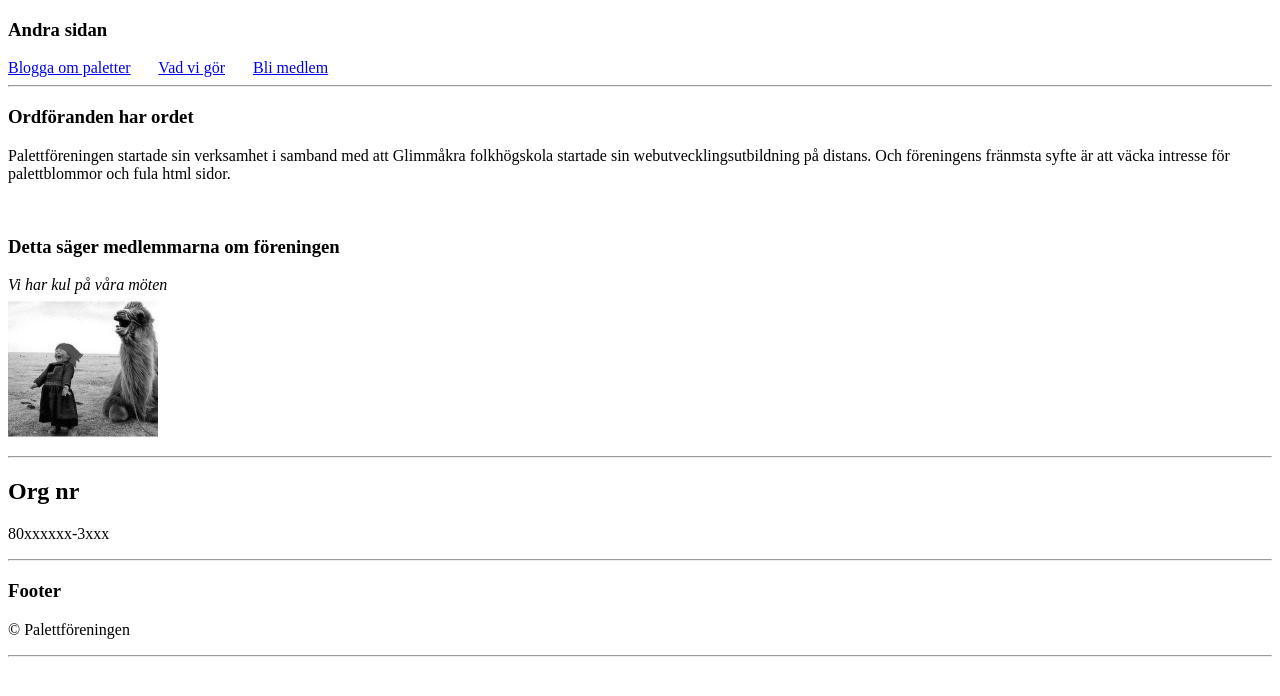
Repository: Webutveckling-20-21/Uppgift-1
Page: verksamheten.html
The author's editor kept a copy of each file at every save. The page is drawn from the files as they stood at one save, then again after a run of saves.
The browser window is 1280 px wide. The pictures show the whole page.

Above is the page before, as saved 2021-09-07 12:11:51.

### verksamheten.html
<!-- Här alla måsten i huvudet såsom språk och språkkodning mm -->
<!DOCTYPE html>
<html lang="sv">


<head>
    <meta charset="UTF-8">
    <meta name="viewport" content="width=device-width, initial-scale=1.0">
    <title>verksamheten</title>
</head>

<body>
    <header>
        <h3>Andra sidan</h3>
        <!-- Här läggs alla länkar-->
        <a href="blogg.html">Blogga om paletter</a>&nbsp;&nbsp;&nbsp;&nbsp;&nbsp;&nbsp;
        <a href="verksamheten.html">Vad vi gör</a>&nbsp;&nbsp;&nbsp;&nbsp;&nbsp;&nbsp;
        <a href="medlemskap.html">Bli medlem</a>
    </header>
    <hr>
    <main>


         <article>

            <h3>Ordföranden har ordet</h3>
            <p> Palettföreningen startade sin verksamhet i samband med att Glimmåkra folkhögskola startade sin webutvecklingsutbildning på distans. Och föreningens fränmsta syfte är att väcka intresse för palettblommor och fula html sidor. </p> <br>

            <article>

                <article>

            <h3>Detta säger medlemmarna om föreningen</h3>

            <cite>Vi har kul på våra möten</cite>





            </article>





            <img src="images/ordförande pa excursion.jpg" width="150" height="150" alt="Ordförande berättar.">
        </article>

    </main>
    <hr>
    <aside>

        <h2>Org nr</h2>
        <p>80xxxxxx-3xxx</p>





    </aside>
    <hr>
    <footer>

        <h3>Footer</h3>
        <p> &copy; Palettföreningen</p>
    </footer>
    <hr>


</body>

</html>

After the next 4 saves:
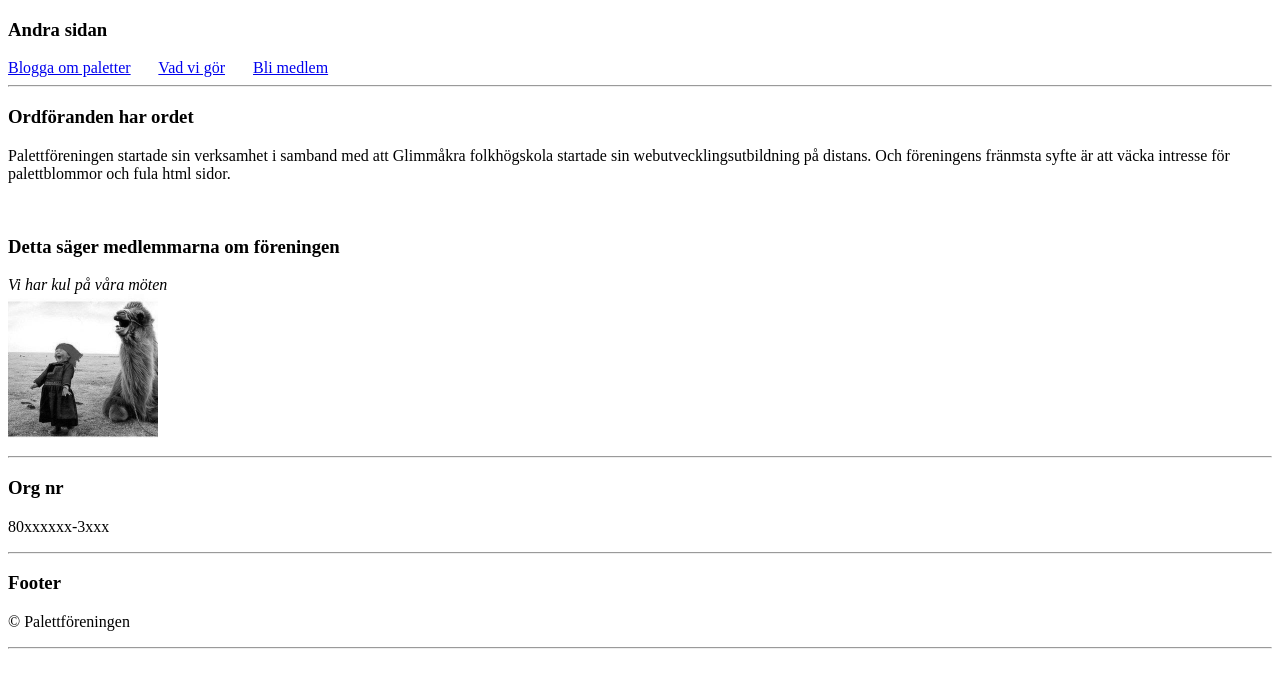
The 4 saves are shown as one change because they came seconds apart.
The last was saved 13 s later.
--- a/verksamheten.html
+++ b/verksamheten.html
@@ -50,7 +50,7 @@
     </main>
     <hr>
     <aside>
-
+        <h3
         <h2>Org nr</h2>
         <p>80xxxxxx-3xxx</p>
 
